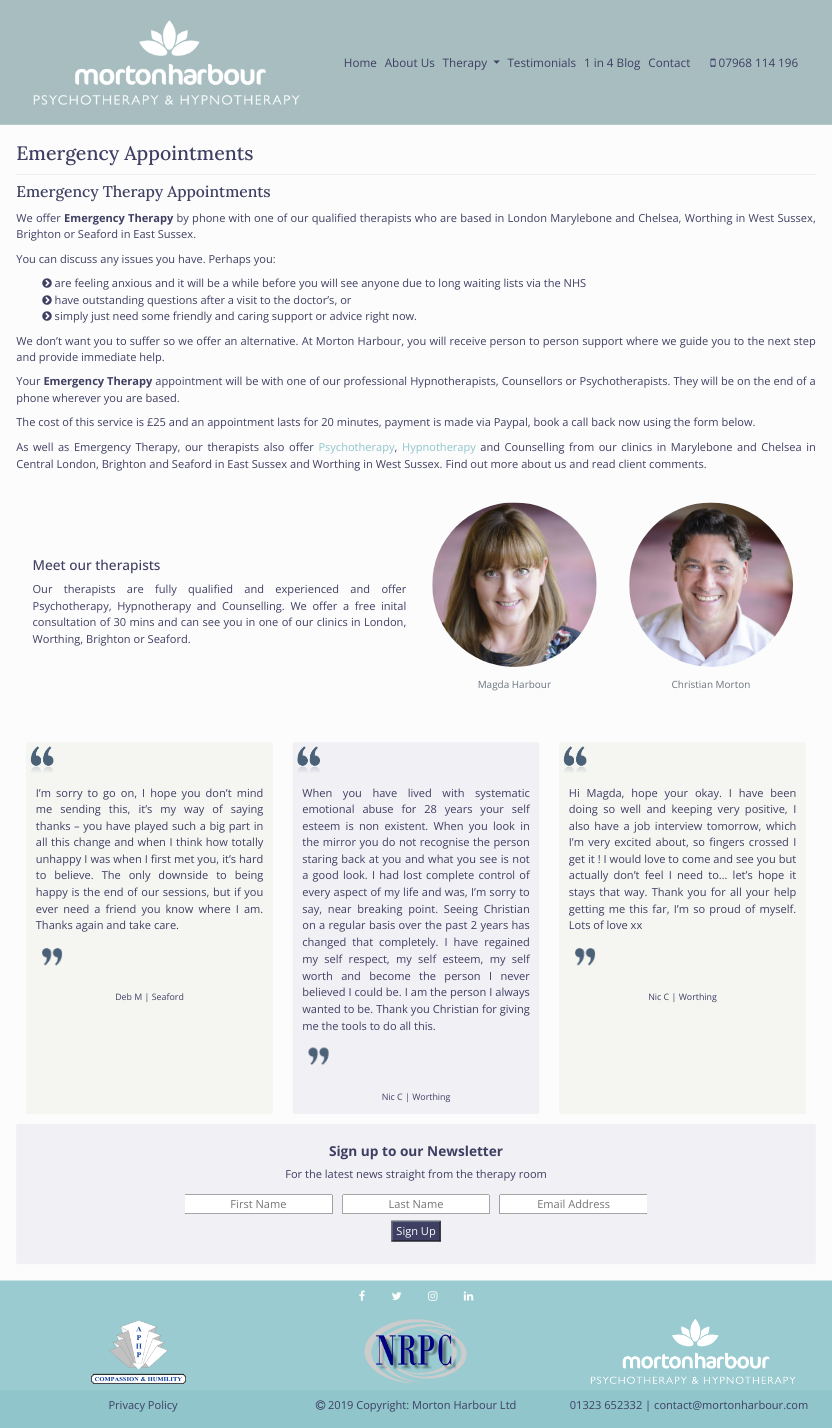
Repository: Code-Institute-Submissions/mortonharbour
Page: emergency therapy.html
The author's editor kept a record of every edit. The page is drawn from the files as they stood at one moment, then again after the next edit.
The browser window is 1280 px wide. The pictures show the whole page, at 65% of full size.
Some web libraries are served in a nearby version.

Above is the page before.

After the next edit:
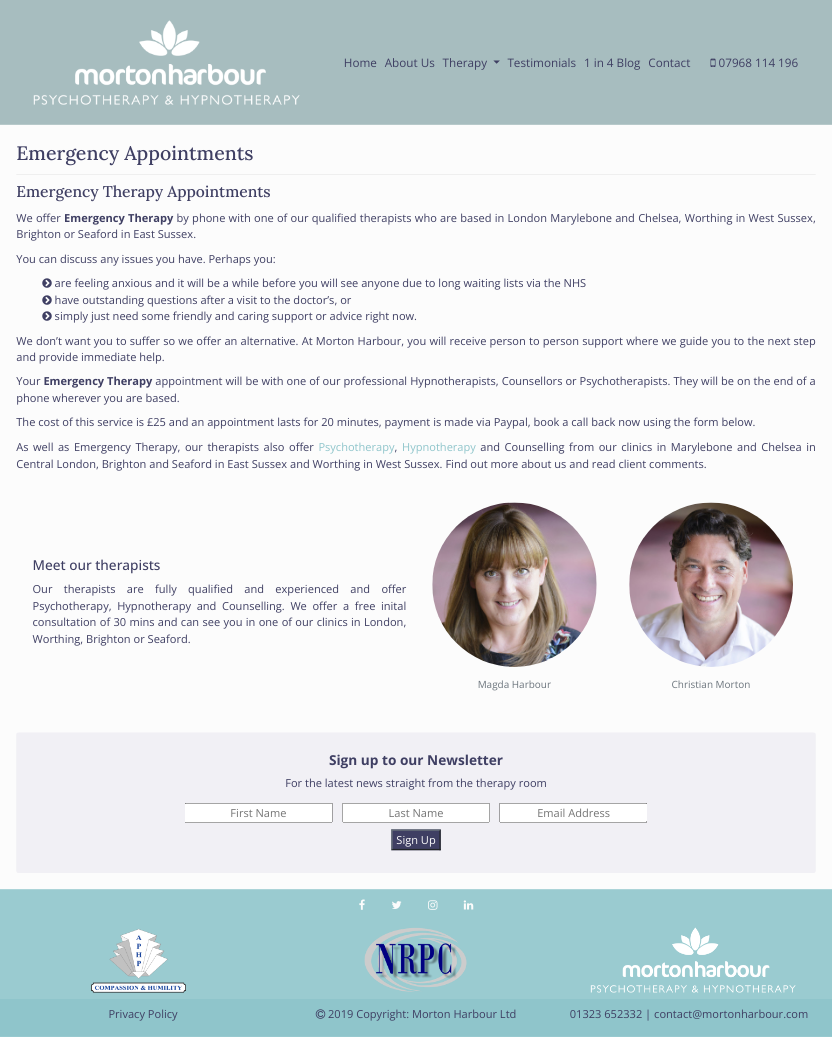
The edit:
--- a/emergency therapy.html
+++ b/emergency therapy.html
@@ -112,42 +112,8 @@
     </section>
     <!------------------------------------------------------------<End of Meet our Therapists-->
 
-    <!------------------------------------------------------------<Testimonial Cards-->
-    <section>
-        <div class="card-deck">
-            <div class="card testimonial-cards-olive">
-                <img class="card-img-top quote-icons" src="assets/images/quote-left.png" alt="Card image cap">
-                <div class="card-body">
-                    <p class="card-text">I’m sorry to go on, I hope you don’t mind me sending this, it’s my way of saying thanks – you have played such a big part in all this change and when I think how totally unhappy I was when I first met you, it’s hard to believe. The
-                        only downside to being happy is the end of our sessions, but if you ever need a friend you know where I am. Thanks again and take care.</p>
-                    <img class="card-img-top quote-icons" src="assets/images/quote-right.png" alt="Card image cap"></br>
-                    <p class="card-text text-center caption-text"><small>Deb M | Seaford</small></p>
-                </div>
-            </div>
-            <div class="card testimonial-cards-rose">
-                <img class="card-img-top quote-icons" src="assets/images/quote-left.png" alt="Card image cap">
-                <div class="card-body">
-                    <p class="card-text">When you have lived with systematic emotional abuse for 28 years your self esteem is non existent. When you look in the mirror you do not recognise the person staring back at you and what you see is not a good look. I had lost complete
-                        control of every aspect of my life and was, I’m sorry to say, near breaking point. Seeing Christian on a regular basis over the past 2 years has changed that completely. I have regained my self respect, my self esteem, my self
-                        worth and become the person I never believed I could be. I am the person I always wanted to be. Thank you Christian for giving me the tools to do all this.</p>
-                    <img class="card-img-top quote-icons" src="assets/images/quote-right.png" alt="Card image cap"></br>
-                    <p class="card-text text-center caption-text"><small>Nic C | Worthing</small></p>
-                </div>
-            </div>
-            <div class="card testimonial-cards-olive">
-                <img class="card-img-top quote-icons" src="assets/images/quote-left.png" alt="Card image cap">
-                <div class="card-body">
-                    <p class="card-text">Hi Magda, hope your okay. I have been doing so well and keeping very positive, I also have a job interview tomorrow, which I’m very excited about, so fingers crossed I get it ! I would love to come and see you but actually don’t feel
-                        I need to… let’s hope it stays that way. Thank you for all your help getting me this far, I’m so proud of myself. Lots of love xx</p>
-                    <img class="card-img-top quote-icons" src="assets/images/quote-right.png" alt="Card image cap"></br>
-                    <p class="card-text text-center caption-text"><small>Nic C | Worthing</small></p>
-                </div>
-            </div>
-        </div>
-    </section>
-    <!------------------------------------------------------------<End of Testimonial Cards-->
-
-    <!------------------------------------------------------------<Newsletter Sign Up-->
+
+   <!------------------------------------------------------------<Newsletter Sign Up-->
     <section>
         <div class="card testimonial-cards-rose newsletter-signup">
             <form action="#" method="post">
